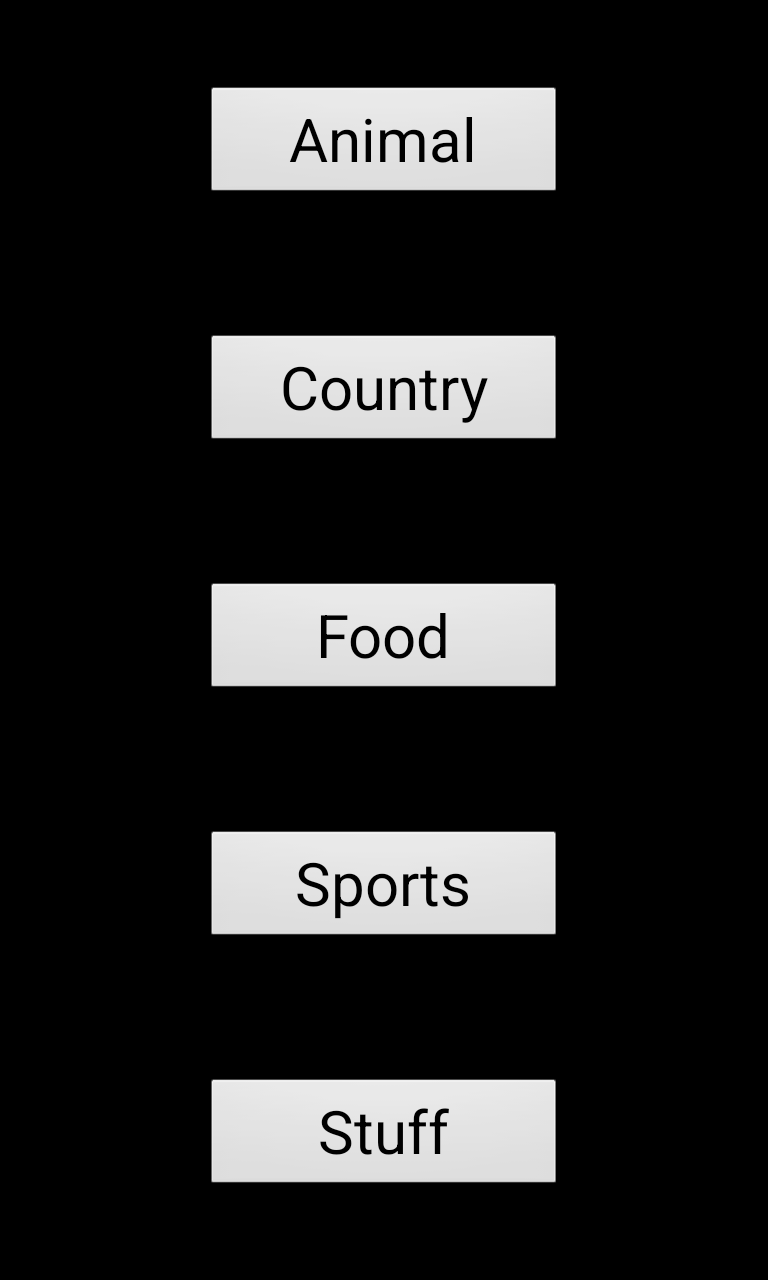
Repository: aster9725/HK-CityU-SummerExchange
Layout: Copy of WordQuiz/res/layout/activity_category.xml
These files come from the project's save history. The layout is drawn as it stood at one moment and after the next save; the edit follows.
It is drawn on a 768 x 1280 px phone screen (xhdpi) without system bars, with theme android:Theme; the app's code is not run.

Above is the layout before, as saved 2014-07-24 10:05:20.

After the next save:
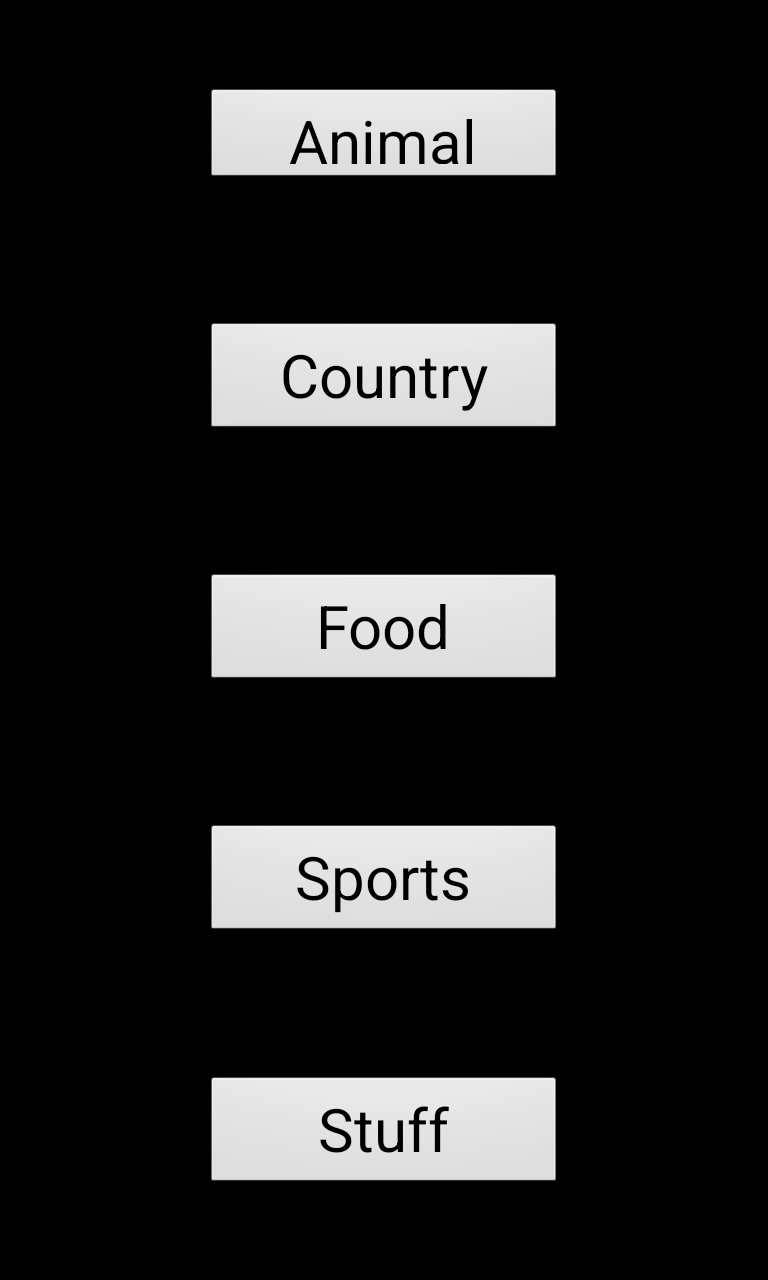
Saved 15 s later.
--- a/Copy of WordQuiz/res/layout/activity_category.xml
+++ b/Copy of WordQuiz/res/layout/activity_category.xml
@@ -16,7 +16,7 @@
         <Button
             android:id="@+id/category_animal"
             android:layout_width="180sp"
-            android:layout_height="wrap_content"
+            android:layout_height="50sp"
             android:text="Animal"
             android:textSize="30sp" />
     </LinearLayout>
